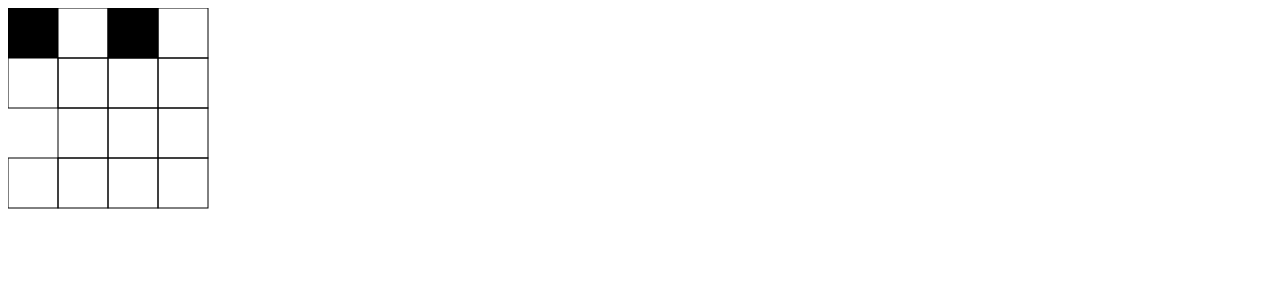
Repository: JIHYEONHE/doit
Page: FAST_ZZANG/static/canvas3.html
An editor plug-in stored every save of this project. The page is shown before and after the next save, followed by the edit.
The browser window is 1280 px wide. The pictures show the whole page.

Above is the page before, as saved 2022-10-18 01:37:10.

After the next save:
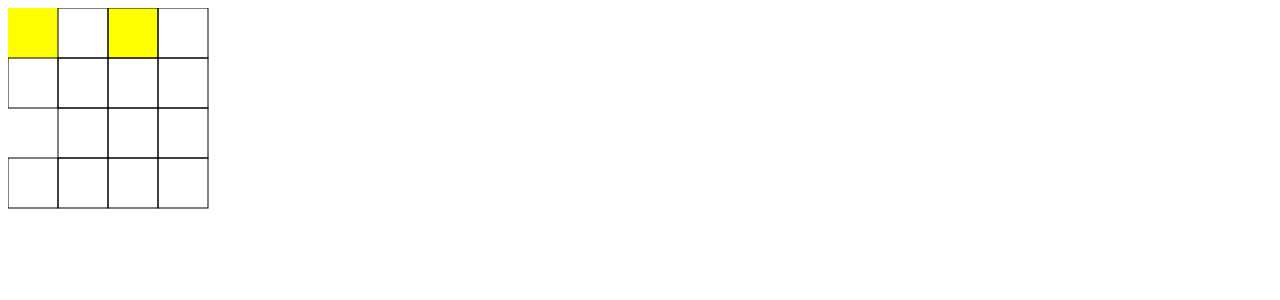
Saved 4 s later.
--- a/FAST_ZZANG/static/canvas3.html
+++ b/FAST_ZZANG/static/canvas3.html
@@ -19,7 +19,7 @@
     for(var i=0; i<4; i++){ //i는 y
 		for(var j=0; j<4; j++){
 		    if(cvr2D[i][j]==1&&i==0){
-			    ctx.fillStyle = 'yello';
+			    ctx.fillStyle = 'yellow';
 			    ctx.fillRect(j*50,i, 50, 50);
 		    }else{
 		        ctx.strokeStyle = 'black';
